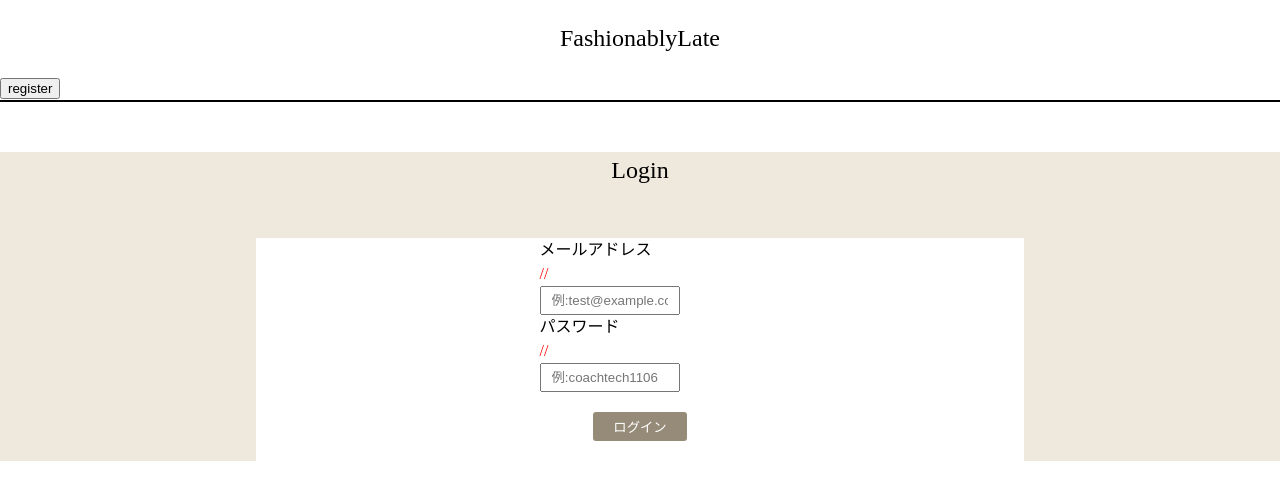
Repository: mayu-ya/test_form
Page: http://localhost/
An editor plug-in stored every save of this project. The page is shown before and after the next save, followed by the edit.
The browser window is 1280 px wide. The pictures show the whole page.
The page is served by the project's Laravel application, run on PHP 8.4 with Laravel 8. Other server files are loaded and not shown.

Above is the page before, as saved 2026-01-17 16:39:13.

### src/routes/web.php
<?php

use Illuminate\Support\Facades\Route;
use App\Http\Controllers\ContactController;

/*
|--------------------------------------------------------------------------
| Web Routes
|--------------------------------------------------------------------------
|
| Here is where you can register web routes for your application. These
| routes are loaded by the RouteServiceProvider within a group which
| contains the "web" middleware group. Now create something great!
|
*/

Route::get('/', [ContactController::class, 'index']);

### src/app/Http/Controllers/ContactController.php
<?php

namespace App\Http\Controllers;

use Illuminate\Http\Request;

class ContactController extends Controller
{
    public function index()
    {
        return view('auth.login');
    }
}

### src/resources/views/auth/login.blade.php
@extends('layouts.app')

@section('css')
<link rel="stylesheet" href="{{ asset('css/login.css') }}">
@endsection

@section('header')
<nav class="header">
    <form action="">
        <button class="header__button">register</button>
    </form>
</nav>
@endsection

@section('content')
<div class="content">
    <div class="title">
        <h2 class="title-h">Login</h2>
    </div>

    <form class="form">
        <div class="form__group">
            <div class="form__group-title">
                <span class="form__goup-title-span">メールアドレス</span>
            </div>
            <div class="form__error">
                //
            </div>
            <div class="form__group-input">
                <input type="email" class="form__group-unput-item" name="email" placeholder="例:test@example.com" value="">
            </div>
        </div>

        <div class="form__group">
            <div class="form__group-title">
                <span class="form__goup-title-span">パスワード</span>
            </div>
            <div class="form__error">
                //
            </div>
            <div class="form__group-input">
                <input type="password" class="form__group-unput-item" name="password" placeholder="例:coachtech1106" value="">
            </div>
        </div>

        <div class="form__button">
            <button class="form__button-submit">ログイン</button>
        </div>

    </form>
</div>
@endsection

### src/resources/views/layouts/app.blade.php
<!DOCTYPE html>
<html lang="ja">
<head>
    <meta charset="UTF-8">
    <meta name="viewport" content="width=device-width, initial-scale=1.0">
    <title>FashionablyLate</title>
    <link rel="stylesheet" href="{{ asset('css/common.css') }}">
    <link rel="stylesheet" href="{{ asset('css/sanitize.css') }}">
    @yield('css')
</head>
<body>
    <header class="header">
        <div class="header-title">
            <div class="header-title__item">FashionablyLate</div>
        </div>
        @yield('header')
    </header>

    <main>
        @yield('content')
    </main>
</body>
</html>

### src/public/css/common.css
.header{
    border-bottom: 1px solid #000;
}

.header-title {
    margin: 0 auto;
    padding: 20px 15px;
    max-width: 1230px;
}

.header-title__item {
    font-size: 24px;
    text-align: center;
}

### src/public/css/sanitize.css
/* Document
* ========================================================================== */

/**
* Add border box sizing in all browsers (opinionated).
*/

*,
::before,
::after {
  box-sizing: border-box;
}

/**
* 1. Add text decoration inheritance in all browsers (opinionated).
* 2. Add vertical alignment inheritance in all browsers (opinionated).
*/

::before,
::after {
  vertical-align: inherit;
  /* 2 */
  text-decoration: inherit;
  /* 1 */
}

/**
* 1. Use the default cursor in all browsers (opinionated).
* 2. Change the line height in all browsers (opinionated).
* 3. Use a 4-space tab width in all browsers (opinionated).
* 4. Remove the grey highlight on links in iOS (opinionated).
* 5. Prevent adjustments of font size after orientation changes in
*    IE on Windows Phone and in iOS.
* 6. Breaks words to prevent overflow in all browsers (opinionated).
*/

html {
  word-break: break-word;
  /* 6 */
  -moz-tab-size: 4;
  /* 3 */
  tab-size: 4;
  /* 3 */
  line-height: 1.5;
  /* 2 */
  cursor: default;
  /* 1 */

  -webkit-tap-highlight-color: transparent
    /* 4 */
  ;
  -ms-text-size-adjust: 100%;
  /* 5 */
  -webkit-text-size-adjust: 100%;
  /* 5 */
}

/* Sections
* ========================================================================== */

/**
* Remove the margin in all browsers (opinionated).
*/

body {
  margin: 0;
}

/**
* Correct the font size and margin on `h1` elements within `section` and
* `article` contexts in Chrome, Edge, Firefox, and Safari.
*/

h1 {
  margin: 0.67em 0;
  font-size: 2em;
}

/* Grouping content
* ========================================================================== */

/**
* Remove the margin on nested lists in Chrome, Edge, IE, and Safari.
*/

dl dl,
dl ol,
dl ul,
ol dl,
ul dl {
  margin: 0;
}

/**
* Remove the margin on nested lists in Edge 18- and IE.
*/

ol ol,
ol ul,
ul ol,
ul ul {
  margin: 0;
}

/**
* 1. Add the correct sizing in Firefox.
* 2. Show the overflow in Edge 18- and IE.
*/

hr {
  overflow: visible;
  /* 2 */
  height: 0;
  /* 1 */
}

/**
* Add the correct display in IE.
*/

main {
  display: block;
}

/**
* Remove the list style on navigation lists in all browsers (opinionated).
*/

nav ol,
nav ul {
  padding: 0;
  list-style: none;
}

/**
* 1. Correct the inheritance and scaling of font size in all browsers.
* 2. Correct the odd `em` font sizing in all browsers.
*/

pre {
  font-size: 1em;
  /* 2 */
  font-family: monospace, monospace;
  /* 1 */
}

/* Text-level semantics
* ========================================================================== */

/**
* Remove the gray background on active links in IE 10.
*/

a {
  background-color: transparent;
}

/**
* Add the correct text decoration in Edge 18-, IE, and Safari.
*/

abbr[title] {
  text-decoration: underline;
  text-decoration: underline dotted;
}

/**
* Add the correct font weight in Chrome, Edge, and Safari.
*/

b,
strong {
  font-weight: bolder;
}

/**
* 1. Correct the inheritance and scaling of font size in all browsers.
* 2. Correct the odd `em` font sizing in all browsers.
*/

code,
kbd,
samp {
  font-size: 1em;
  /* 2 */
  font-family: monospace, monospace;
  /* 1 */
}

/**
* Add the correct font size in all browsers.
*/

small {
  font-size: 80%;
}

/* Embedded content
* ========================================================================== */

/*
* Change the alignment on media elements in all browsers (opinionated).
*/

audio,
canvas,
iframe,
img,
svg,
video {
  vertical-align: middle;
}

/**
* Add the correct display in IE 9-.
*/

audio,
video {
  display: inline-block;
}

/**
* Add the correct display in iOS 4-7.
*/

audio:not([controls]) {
  display: none;
  height: 0;
}

/**
* Remove the border on iframes in all browsers (opinionated).
*/

iframe {
  border-style: none;
}

/**
* Remove the border on images within links in IE 10-.
*/

img {
  border-style: none;
}

/**
* Change the fill color to match the text color in all browsers (opinionated).
*/

svg:not([fill]) {
  fill: currentColor;
}

/**
* Hide the overflow in IE.
*/

svg:not(:root) {
  overflow: hidden;
}

/* Tabular data
* ========================================================================== */

/**
* Collapse border spacing in all browsers (opinionated).
*/

table {
  border-collapse: collapse;
}

/* Forms
* ========================================================================== */

/**
* Remove the margin on controls in Safari.
*/

button,
input,
select {
  margin: 0;
}

/**
* 1. Show the overflow in IE.
* 2. Remove the inheritance of text transform in Edge 18-, Firefox, and IE.
*/

button {
  overflow: visible;
  /* 1 */
  text-transform: none;
  /* 2 */
}

/**
* Correct the inability to style buttons in iOS and Safari.
*/

button,
[type="button"],
[type="reset"],
[type="submit"] {
  -webkit-appearance: button;
}

/**
* 1. Change the inconsistent appearance in all browsers (opinionated).
* 2. Correct the padding in Firefox.
*/

fieldset {
  padding: 0.35em 0.75em 0.625em;
  /* 2 */
  border: 1px solid #a0a0a0;
  /* 1 */
}

/**
* Show the overflow in Edge 18- and IE.
*/

input {
  overflow: visible;
}

/**
* 1. Correct the text wrapping in Edge 18- and IE.
* 2. Correct the color inheritance from `fieldset` elements in IE.
*/

legend {
  display: table;
  /* 1 */
  max-width: 100%;
  /* 1 */
  color: inherit;
  /* 2 */
  white-space: normal;
  /* 1 */
}

/**
* 1. Add the correct display in Edge 18- and IE.
* 2. Add the correct vertical alignment in Chrome, Edge, and Firefox.
*/

progress {
  display: inline-block;
  /* 1 */
  vertical-align: baseline;
  /* 2 */
}

/**
* Remove the inheritance of text transform in Firefox.
*/

select {
  text-transform: none;
}

/**
* 1. Remove the margin in Firefox and Safari.
* 2. Remove the default vertical scrollbar in IE.
* 3. Change the resize direction in all browsers (opinionated).
*/

textarea {
  overflow: auto;
  /* 2 */
  margin: 0;
  /* 1 */
  resize: vertical;
  /* 3 */
}

/**
* Remove the padding in IE 10-.
*/

[type="checkbox"],
[type="radio"] {
  padding: 0;
}

/**
* 1. Correct the odd appearance in Chrome, Edge, and Safari.
* 2. Correct the outline style in Safari.
*/

[type="search"] {
  outline-offset: -2px;
  /* 2 */

  -webkit-appearance: textfield;
  /* 1 */
}

/**
* Correct the cursor style of increment and decrement buttons in Safari.
*/

::-webkit-inner-spin-button,
::-webkit-outer-spin-button {
  height: auto;
}

/**
* Correct the text style of placeholders in Chrome, Edge, and Safari.
*/

::-webkit-input-placeholder {
  color: inherit;
  opacity: 0.54;
}

/**
* Remove the inner padding in Chrome, Edge, and Safari on macOS.
*/

::-webkit-search-decoration {
  -webkit-appearance: none;
}

/**
* 1. Correct the inability to style upload buttons in iOS and Safari.
* 2. Change font properties to `inherit` in Safari.
*/

::-webkit-file-upload-button {
  font: inherit;
  /* 2 */

  -webkit-appearance: button;
  /* 1 */
}

/**
* Remove the inner border and padding of focus outlines in Firefox.
*/

::-moz-focus-inner {
  padding: 0;
  border-style: none;
}

/**
* Restore the focus outline styles unset by the previous rule in Firefox.
*/

:-moz-focusring {
  outline: 1px dotted ButtonText;
}

/**
* Remove the additional :invalid styles in Firefox.
*/

:-moz-ui-invalid {
  box-shadow: none;
}

/* Interactive
* ========================================================================== */

/*
* Add the correct display in Edge 18- and IE.
*/

details {
  display: block;
}

/*
* Add the correct styles in Edge 18-, IE, and Safari.
*/

dialog {
  position: absolute;
  right: 0;
  left: 0;
  display: block;
  margin: auto;
  padding: 1em;
  width: -moz-fit-content;
  width: -webkit-fit-content;
  width: fit-content;
  height: -moz-fit-content;
  height: -webkit-fit-content;
  height: fit-content;
  border: solid;
  background-color: white;
  color: black;
}

dialog:not([open]) {
  display: none;
}

/*
* Add the correct display in all browsers.
*/

summary {
  display: list-item;
}

/* Scripting
* ========================================================================== */

/**
* Add the correct display in IE 9-.
*/

canvas {
  display: inline-block;
}

/**
* Add the correct display in IE.
*/

template {
  display: none;
}

/* User interaction
* ========================================================================== */

/*
* 1. Remove the tapping delay in IE 10.
* 2. Remove the tapping delay on clickable elements
in all browsers (opinionated).
*/

a,
area,
button,
input,
label,
select,
summary,
textarea,
[tabindex] {
  -ms-touch-action: manipulation;
  /* 1 */
  touch-action: manipulation;
  /* 2 */
}

/**
* Add the correct display in IE 10-.
*/

[hidden] {
  display: none;
}

/* Accessibility
* ========================================================================== */

/**
* Change the cursor on busy elements in all browsers (opinionated).
*/

[aria-busy="true"] {
  cursor: progress;
}

/*
* Change the cursor on control elements in all browsers (opinionated).
*/

[aria-controls] {
  cursor: pointer;
}

/*
* Change the cursor on disabled, not-editable, or otherwise
* inoperable elements in all browsers (opinionated).
*/

[aria-disabled="true"],
[disabled] {
  cursor: not-allowed;
}

/*
* Change the display on visually hidden accessible elements
* in all browsers (opinionated).
*/

[aria-hidden="false"][hidden] {
  display: initial;
}

[aria-hidden="false"][hidden]:not(:focus) {
  position: absolute;
  clip: rect(0, 0, 0, 0);
}

### src/public/css/login.css


.content {
    max-width: 1536px;
    background: #efe8dd;
}

.title {
    text-align: center;
    margin: 50px 0;
}

.title-h {
    text-align: center;
    font-weight: lighter;
    margin: 0;
}

.form {
    display: grid;
    justify-content: center;
    align-items: center;
    margin: 0 auto;
    background: white;
    width: 60%;
}

.form__goup-title-span {
    text-align: left;
}

.form__error {
    color: red;
}

.form__group-input {
    width: 70%;
}

.form__group-unput-item {
    width: 100%;
    padding: 5px 10px;
}

.form__button {
    margin: 20px 0;
    text-align: center;
}

.form__button-submit {
    padding: 5px 20px;
    background: #968b79;
    color: white;
    border-radius: 3px;
    border: none;
    cursor: pointer;
}

Loaded but not shown: src/app/Http/Controllers/Controller.php (common file)

After the next save:
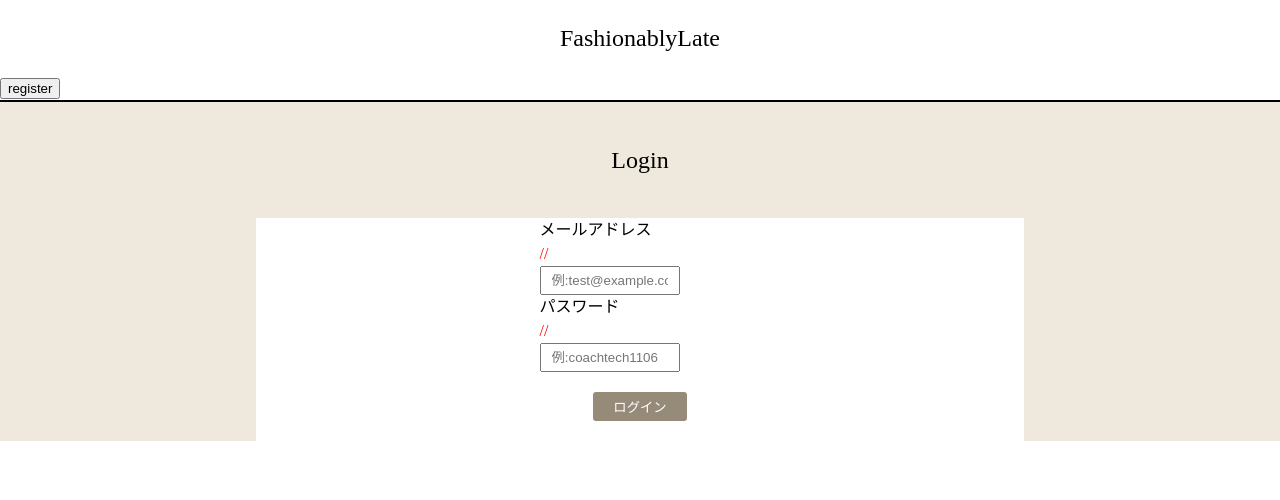
Saved 33 s later.
--- a/src/public/css/login.css
+++ b/src/public/css/login.css
@@ -7,7 +7,7 @@
 
 .title {
     text-align: center;
-    margin: 50px 0;
+    padding: 40px 0;
 }
 
 .title-h {
